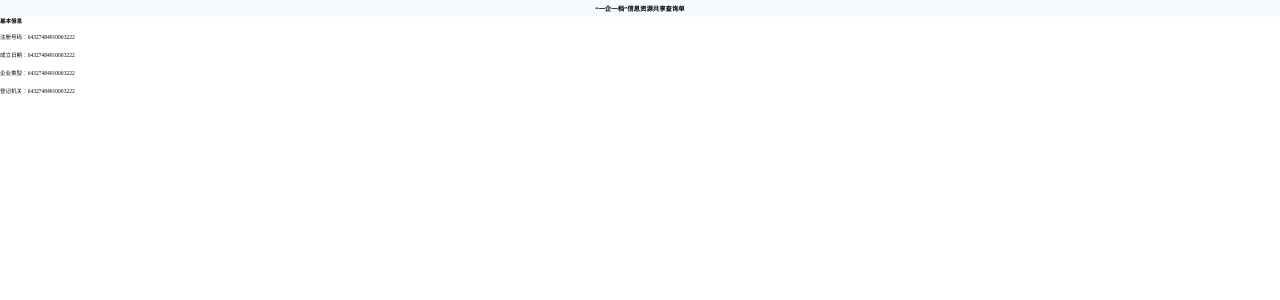
Repository: zlpstart/qingdao-new
Page: /preview
These files come from the project's save history. The page is drawn as it stood at one moment and after a run of saves; the edit follows.
The browser window is 1280 px wide. The pictures show the whole page.
Some web fonts or font styles are not loaded; a fallback is used. The project was rebuilt for these pictures with package versions that can differ from the ones it lists, and the page was loaded fresh each time. Also part of the build but not shown: src/components/TopBar.vue, src/components/MySpace.vue, src/components/Home.vue, src/components/Enterprise.vue, src/components/Opinion.vue, src/components/Opinion2.vue, src/components/Record.vue, src/components/Car.vue and 8 more.

Above is the page before, as saved 2019-09-22 22:21:54.

### public/index.html
<!DOCTYPE html>
<html lang="en">
  <head>
    <meta charset="utf-8">
    <meta http-equiv="X-UA-Compatible" content="IE=edge">
    <meta name="viewport" content="width=device-width,initial-scale=1.0">
    <link rel="icon" href="<%= BASE_URL %>favicon.ico">
    <title></title>
  </head>
  <body>
    <noscript>
      <strong>We're sorry but zlp doesn't work properly without JavaScript enabled. Please enable it to continue.</strong>
    </noscript>
    <div id="app"></div>
    <!-- built files will be auto injected -->
  </body>
</html>

### src/main.js
import Vue from 'vue'
import './plugins/axios'
import App from './App.vue'
import 'lib-flexible'
import router from './router'
import axios from 'axios'


//vuex
import vuex from 'vuex'
Vue.use(vuex)



import 'babel-polyfill'
import Es6Promise from 'es6-promise'
import store from './store'
require('es6-promise').polyfill()
Es6Promise.polyfill()

Vue.config.productionTip = false
Vue.prototype.$ajax = axios


// import VueWechatTitle from 'vue-wechat-title'
// Vue.use(VueWechatTitle)


// 根据路由设置标题
router.beforeEach((to, from, next) => {
  /*路由发生改变修改页面的title */
  if(to.meta.title) {
    document.title = to.meta.title
  }
  next();
})


new Vue({
  router,
  store,
  render: h => h(App)
}).$mount('#app')

### src/App.vue
<template>
  <div id="app">
    <router-view></router-view>
  </div>
</template>

<script>
export default {
  data(){
    return {

    }
  },
}
</script>


<style>
* {
  padding: 0;
  margin:0;
}
  @font-face {
    font-family:'avenir';
    src:url('./assets/NotoSansHans-Medium.otf')
  }
  h1,h2,h3,h4,h5,h6,span,b,i,li,p {
    font-family: avenir
  }
</style>

### src/router.js
import Vue from 'vue'
import Router from 'vue-router'
import MySpace from './components/MySpace'
import Home from './components/Home'
import Enterprise from './components/Enterprise'
import Opinion from './components/Opinion'
import Opinion2 from './components/Opinion2'
import Record from './components/Record'
import Car from './components/Car'
import House from './components/House'
import License from './components/License'
import License2 from './components/License2'
import Footprint from './components/Footprint'
import Record2 from './components/Record2'
import Footprint2 from './components/Footprint2'
import NotFound from './components/NotFound'
import ceshi from './components/ceshi.vue'
import preview from './components/preview'


Vue.use(Router)

export default new Router({
  mode: 'history',
  routes: [
    {
      path: '/',
      name: 'MySpace',
      component:MySpace,
      meta:{title:'青岛政务通'}
    },
    {
      path: '/Home',
      name: 'Home',
      component:Home,
      meta:{title:'导航栏'}
    },
    {
      path: '/Opinion',
      name: 'Opinion',
      component:Opinion,
      meta:{title:'意见反馈'}
    },
    {
      path: '/Enterprise',
      name: 'Enterprise',
      component:Enterprise,
      meta:{title:'企业空间'}
    },
    {
      path: '/Opinion2',
      name: 'Opinion2',
      component:Opinion2,
      meta:{title:'企业意见反馈'}
    },
    {
      path: '/Record',
      name: 'Record',
      component:Record,
      meta:{title:'我的档案'}
    },
    {
      path: '/Car',
      name: 'Car',
      component:Car,
      meta:{title:'车辆登记信息'}
    },
    {
      path: '/House',
      name: 'House',
      component:House,
      meta:{title:'房屋登记信息'}
    },
    {
      path: '/License',
      name: 'License',
      component:License,
      meta:{title:'我的证照'}
    },
    {
      path: '/Footprint',
      name: 'Footprint',
      component:Footprint,
      meta:{title:'我的足迹'}
    },
    {
      path: '/Record2',
      name: 'Record2',
      component:Record2,
      meta:{title:'企业档案'}
    },
    {
      path: '/Footprint2',
      name: 'Footprint2',
      component:Footprint2,
      meta:{title:'企业足迹'}
    },
    {
      path: '/License2',
      name: 'License2',
      component:License2,
      meta:{title:'企业证照'}
    },
    {
      path: '/License2',
      name: 'License2',
      component:License2,
      meta:{title:'企业证照'}
    },
    {
      path: '/ceshi',
      name: 'ceshi',
      component:ceshi,
      meta:{title:'企业证照'}
    },
    {
      path: '/preview',
      name: 'preview',
      component:preview,
      meta:{title:'企业证照'}
    },
    { /* 404必须是最后一个路由 */
      name: '404',
      path: '*',
      meta: {
          title: '找不到页面'
      },
      component: NotFound
  }
  ]
})

### src/store/index.js
import Vue from 'vue'
import Vuex from 'vuex'
import user from './modules/user'

Vue.use(Vuex)

export default new Vuex.Store({
    modules:{
        user
    }
})

### src/components/preview.vue
<template>
  <div class="preview">
    <div class="preview_top">
      <h1>“一企一档”信息资源共享查询单</h1>
    </div>
    <div class="preview_content">
      <div class="preview_box">
        <div class="preview_title">
          <h1>基本信息</h1>
        </div>
        <div class="preview_content">
          <ul>
            <li>
              <span>注册号码：</span>
              <span>64327484910003222</span>
            </li>
            <li>
              <span>成立日期：</span>
              <span>64327484910003222</span>
            </li>
            <li>
              <span>企业类型：</span>
              <span>64327484910003222</span>
            </li>
            <li>
              <span>登记机关：</span>
              <span>64327484910003222</span>
            </li>
          </ul>
        </div>
      </div>
    </div>
  </div>
</template>

<script>
export default {
  name: "preview",
  data() {
    return {};
  }
};
</script>

<style scoped>
* {
  margin: 0;
  padding: 0;
}
a {
  text-decoration: none;
}
ul {
  list-style: none;
}
.preview_top {
  width: 100%;
  height: 1.0667rem;
  background: #f7faff;
  text-align: center;
  line-height: 1.0667rem;
}
.preview_top h1 {
  font-size: 0.4rem;
  font-family: PingFangSC-Semibold, PingFangSC;
  font-weight: 600;
  color: rgba(0, 0, 0, 1);
}
.preview_content li span:nth-child(1) {
  font-size: 0.3467rem;
  font-family: PingFangSC-Regular, PingFangSC;
  font-weight: 400;
  color: rgba(0, 0, 0, 1);
}
.preview_content li span:nth-child(2) {
  font-size: 0.3467rem;
  font-family: PingFangSC-Regular, PingFangSC;
  font-weight: 400;
  color: rgba(0, 0, 0, 1);
}
.preview_title {
    width: 100%;
    height: ;
}
.preview_title h1 {
  font-size: 0.3467rem;
  font-family: PingFangSC-Semibold, PingFangSC;
  font-weight: 600;
  color: rgba(0, 0, 0, 1);
}
</style>

### src/store/modules/user.js
import axios from 'axios'

const state ={
    user:[],
    code:"",
    boy:require("../../assets/boy.png"),
    gril:require("../../assets/gril.png"),
    corporation:require("../../assets/corporation.png"),
    show:true
}

const getters = {
    allUser: state => state.user,
    userImg: state => state.img,
    boy: state => state.boy,
    gril: state => state.gril,
    show:state => state.show
}

const mutations = {
    // 更改user信息方法
    setUsers:(state,users) => (state.user = users),
    //获取用户code
    getCode:(state) => {
        let URL = window.location.href  // 获取到当前url
        var b = ""      //准备获取code
        if(URL.indexOf("=")>-1){ //判断url里最后一个=的位置 是否大于0
            b = URL.substring(URL.indexOf("=")+1,URL.length-16)  // 如果大于0 则截取URL的=后字符串
            window.localStorage.setItem("code",b)   //将URL的code 存入localStorage
        }
        state.code = window.localStorage.getItem("code")      //获取到localStorage 里的的code 并存入code变量
    },
}

const actions = {
     async getUsers({commit,state}){
        await commit("getCode")
        axios.get("http://120.55.60.206:18082/api/getUserInfo?code="+state.code) //请求接口
        .then(res => {
            // console.log("成功请求",res)
            res.data.category = 0
            if(res.data.category == 13){
                state.show = true
                // console.log(state.show)
                window.open("/")
                axios.get("http://120.55.60.206:18082/api/getNormalUserDetailInfo?code="+state.code)
                .then(i => {
                    // console.log(i.data)
                    if(i.data.imgAddr == ""){       //判断用户是否上传头像
                        if(i.data.gender == 0){     //判断用户是否是男人
                            i.data.imgAddr = state.boy    //把接口数据的空值 改成本地男生图片路径
                            // console.log(i.data.imgAddr)
                        }else{                      //判断用户是否是女人
                            i.data.imgAddr = state.gril   //把接口数据的空值 改成本地女生图片路径
                            // console.log(i.data.imgAddr)
                        }
                    }
                    commit("setUsers",i.data)
                })
                .catch(j => console.log(j))
            }else {
                state.show = false
                // console.log(state.show)
                window.open("/Enterprise")
                axios.get("http://120.55.60.206:18082/api/getNormalUserDetailInfo?code="+state.code)
                .then(a => {
                    // console.log(a.data)
                    if(a.data.imgAddr == ""){
                        a.data.imgAddr = state.corporation
                    }
                    commit("setUsers",a.data)
                })
                // .catch(b => console.log(b))
            }
            commit("setUsers",res.data)
        })
    }
}

export default {
    state,
    getters,
    mutations,
    actions
}

Loaded but not shown: src/plugins/axios.js (common file)

After the next 2 saves:
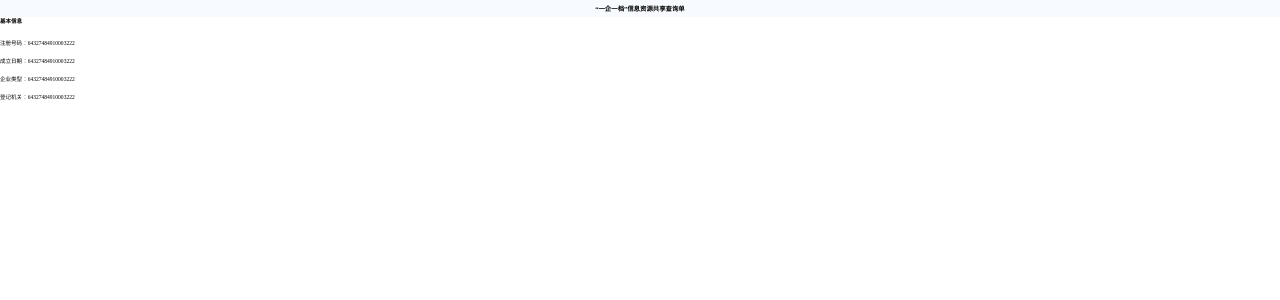
The 2 saves are shown as one change because they came seconds apart.
The last was saved 8 s later.
--- a/src/components/preview.vue
+++ b/src/components/preview.vue
@@ -80,7 +80,7 @@ ul {
 }
 .preview_title {
     width: 100%;
-    height: ;
+    height: 0.8533rem;
 }
 .preview_title h1 {
   font-size: 0.3467rem;
